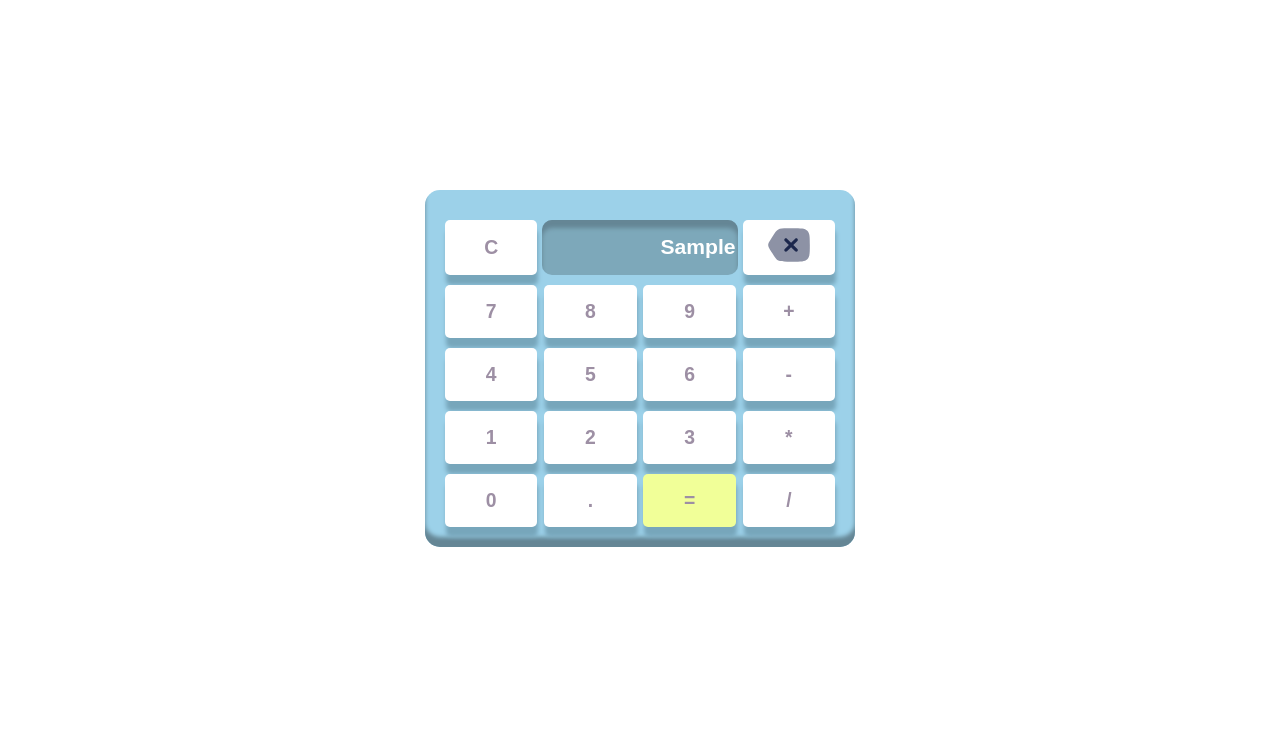
Repository: sem1103/calculator
Page: index.html
These files come from the project's save history. The page is drawn as it stood at one moment and after the next save; the edit follows.
The browser window is 1280 px wide. The pictures show the whole page.
Empty fields were first filled with sample values (such as "Sample", 5 or name@example.com).
After loading, the first visible `#display` was changed once.

Above is the page before, as saved 2023-11-02 15:18:22.

### index.html
<!DOCTYPE html>
<html lang="en">

<head>
    <meta charset="UTF-8">
    <meta name="viewport" content="width=device-width, initial-scale=1.0">
    <title>Calc</title>
    <style>
        * {
            box-sizing: border-box;
            font: bold 1.1rem arial;
        }

        .calc__container {
            display: flex;
            justify-content: center;
            height: 100vh;
            align-items: center;
        }

        .calc__wrapper {
            max-width: 900px;
            background-color: #9cd1e9;
            padding: 20px;
            border-radius: 15px;
            box-shadow: inset 0px -10px 4px #658695;
        }

        .calc__display {
            box-shadow: inset 0px 8px 4px 0px #658695;
            background-color: #7da8ba;
            width: 50%;
            border-radius: 10px;
            border: 0;
            outline: 0;
            text-align: right;
            font-size: 1.2rem;
            color: #fff;
        }

        .calc__main,
        .calc__header {
            display: flex;
            flex-direction: row;
            flex-wrap: wrap;
            justify-content: space-between;
            row-gap: 10px;
            column-gap: 5px;

        }

        .calc__header {
            margin: 10px 0;
        }

        .sum {
            background-color: #f1ff98;
        }

        button {
            padding: 15px 5px;
            text-align: center;
            background-color: #fff;
            box-shadow: 1px 10px 4px #77a6bb;
            flex-basis: calc(25% - 5px);
            border: 0;
            border-radius: 5px;
            cursor: pointer;
            color: #9d8fa4;
            transition: all .1s ease-in-out;
        }

        button:active {
            box-shadow: 1px 0 4px #77a6bb;
            transform: translate(0, 3px);
        }

        button:hover {
            background-color: #d1d1d1;
        }

        .active {
            box-shadow: 1px 0 4px #77a6bb;
            transform: translate(0, 3px);
            background-color: #d1d1d1;
        }

        .backspace {
            padding: 0;
        }

        .little__font {
            font-size: .7rem;
        }
    </style>
</head>

<body>
    <div class="calc__container">
        <div class="calc__wrapper">
            <div class="calc__header">
                <button onclick="clearDisplay()">C</button>
                <input id="display" class="calc__display" type="text" placeholder="0" oninput="setValueHandle(this)">

                </input>
                <button class="backspace" onclick="backspace()" data-key="Backspace">
                    <svg width="50px" viewBox="0 0 24 24" fill="none" xmlns="http://www.w3.org/2000/svg">
                        <path opacity="0.5"
                            d="M6.87114 19.4986C7.80085 20 8.91458 20 11.142 20H13.779C17.6544 20 19.5921 20 20.7961 18.8284C22 17.6569 22 15.7712 22 12C22 8.22876 22 6.34315 20.7961 5.17157C19.5921 4 17.6544 4 13.779 4H11.142C8.91458 4 7.80085 4 6.87114 4.50143C5.94144 5.00286 5.35117 5.92191 4.17061 7.76001L3.48981 8.82001C2.4966 10.3664 2 11.1396 2 12C2 12.8604 2.4966 13.6336 3.48981 15.18L4.17061 16.24C5.35117 18.0781 5.94144 18.9971 6.87114 19.4986Z"
                            fill="#1C274C" />
                        <path
                            d="M11.0303 8.96967C10.7374 8.67678 10.2626 8.67678 9.96967 8.96967C9.67678 9.26256 9.67678 9.73744 9.96967 10.0303L11.9394 12L9.96969 13.9697C9.6768 14.2626 9.6768 14.7374 9.96969 15.0303C10.2626 15.3232 10.7375 15.3232 11.0304 15.0303L13 13.0607L14.9696 15.0303C15.2625 15.3232 15.7374 15.3232 16.0303 15.0303C16.3232 14.7374 16.3232 14.2625 16.0303 13.9697L14.0607 12L16.0303 10.0304C16.3232 9.73746 16.3232 9.26258 16.0303 8.96969C15.7374 8.6768 15.2626 8.6768 14.9697 8.96969L13 10.9394L11.0303 8.96967Z"
                            fill="#1C274C" />
                    </svg>
                </button>
            </div>
            <div class="calc__main">
                <button onkeydown="test(this)" onclick="setValueHandle(this)">7</button>
                <button onclick="setValueHandle(this)">8</button>
                <button onclick="setValueHandle(this)">9</button>
                <button onclick="setValueHandle(this)">+</button>
                <button onclick="setValueHandle(this)">4</button>
                <button onclick="setValueHandle(this)">5</button>
                <button onclick="setValueHandle(this)">6</button>
                <button onclick="setValueHandle(this)">-</button>
                <button onclick="setValueHandle(this)">1</button>
                <button onclick="setValueHandle(this)">2</button>
                <button onclick="setValueHandle(this)">3</button>
                <button onclick="setValueHandle(this)">*</button>
                <button onclick="setValueHandle(this)">0</button>
                <button onclick="setValueHandle(this)">.</button>
                <button onclick="calcSumm()" class="sum" data-key="Enter">=</button>
                <button onclick="setValueHandle(this)">/</button>
            </div>
        </div>
    </div>


    <script>
        let calcDisplay = document.getElementById('display');
        let buttons = document.querySelectorAll('button');

        function setValueHandle(e) {
            calcDisplay.classList.remove('little__font');
            if (/[a-zA-Zа-яА-ЯёЁ]/.test(calcDisplay.value)) {
                console.log(1);
                calcDisplay.value = e.value;
                return;
            } else if (/\b0+\d+/.test(calcDisplay.value) || /^[+\*/]/.test(calcDisplay.value)) {
                calcDisplay.value = 'Ошибка!';
                return;
            }
            calcDisplay.value += e.innerHTML;
        }

        function clearDisplay() {
            calcDisplay.classList.remove('little__font');
            calcDisplay.value = '';
        }

        function calcSumm() {
            let value = calcDisplay.value;


            value = value.replace(/\s/g, '');
            let operators = value.split('').filter(item => {
                if (item == '+' || item == '-' || item == '*' || item == '/') return item;
            })
            let numbers = value.split(/[+\-*/]/);
            let result = +numbers[0];

            // console.log(operators);
            // console.log(numbers);
            if (numbers[numbers.length - 1] == '') {
                calcDisplay.classList.add('little__font');
                calcDisplay.value = 'Ошибка!';
                return;
            } else if (/[\+\-\*\/]{2,}/.test(calcDisplay.value)) {
                calcDisplay.classList.add('little__font');
                calcDisplay.value = 'Два математических операций!';
                return;
            }



            operators.forEach((item, index) => {
                if (item == '+') {
                    result += +numbers[index + 1]
                } else if (item == '-') {
                    result -= numbers[index + 1]
                } else if (item == '/') {
                    if (+numbers[index + 1] === 0) {
                        calcDisplay.classList.add('little__font');
                        calcDisplay.value = 'На ноль делить нельзя!!';
                        throw new Error('infiniti');
                    } else result /= numbers[index + 1];

                } else result *= numbers[index + 1]
            });
            calcDisplay.value = result;

        }

        function backspace() {
            calcDisplay.value = calcDisplay.value.slice(0, -1)
        }


        document.body.addEventListener('keydown', (e) => {
            console.log(e);
            if (e.key >= 0 && e.key <= 9 || ['+', '-', '*', '/', '.'].includes(e.key) || e.key == 'Enter' || e.key == 'Backspace') {
                for(let i = 0; i < buttons.length; i++){

                }

                buttons.forEach(item => {
                    console.log(item.dataset.key);
                    console.log(e.key);
                    if(item.dataset.key == e.key & e.key == 'Enter'){
                        calcSumm();
                        showClickButton(item);
                    }
                    else if(item.dataset.key == e.key & e.key == 'Backspace'){
                        console.log(1);
                        backspace();
                        showClickButton(item);
                    }
                    else if (item.innerHTML == e.key) {
                        setValueHandle(item);
                        showClickButton(item);
                    }

                })
            }
        });

        function showClickButton(item) {
            item.classList.add('active');
            item.addEventListener('transitionend', () => {
                item.classList.remove('active')
            })
        }
    </script>
</body>

</html>

After the next save:
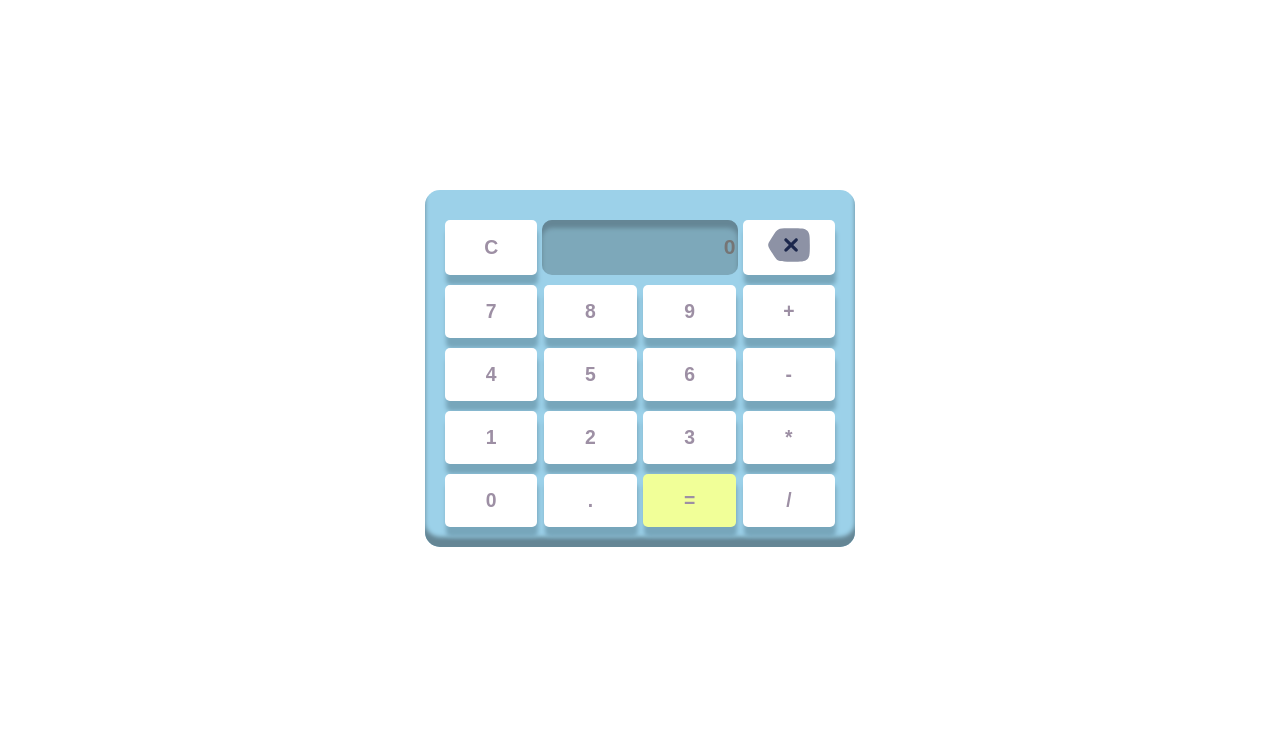
Saved 9 min 59 s later.
--- a/index.html
+++ b/index.html
@@ -144,7 +144,7 @@
             calcDisplay.classList.remove('little__font');
             if (/[a-zA-Zа-яА-ЯёЁ]/.test(calcDisplay.value)) {
                 console.log(1);
-                calcDisplay.value = e.value;
+                calcDisplay.value = '';
                 return;
             } else if (/\b0+\d+/.test(calcDisplay.value) || /^[+\*/]/.test(calcDisplay.value)) {
                 calcDisplay.value = 'Ошибка!';
